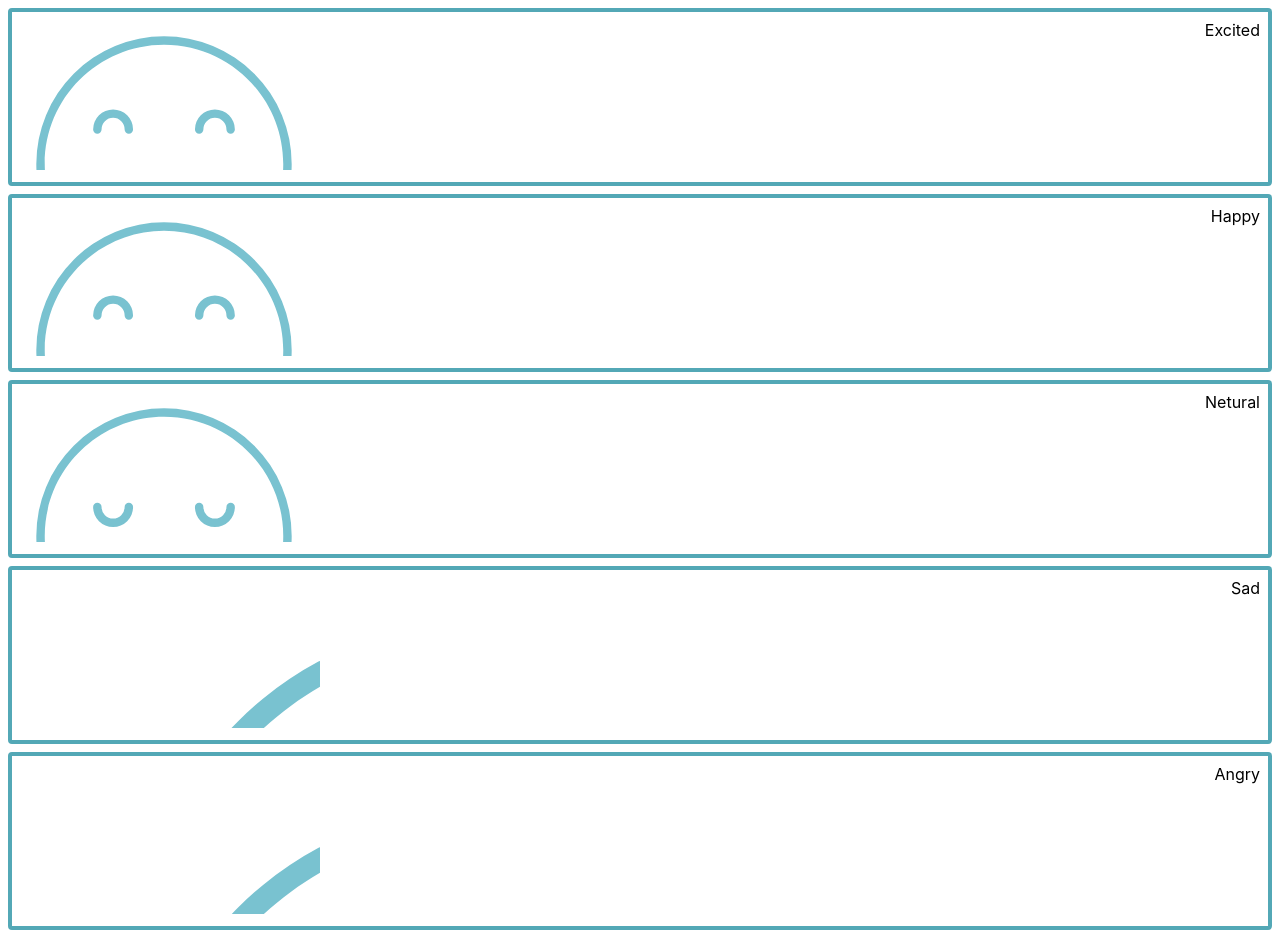
Repository: majakesin/moodify-app
Page: /
The author's editor kept a copy of each file at every save. The page is drawn from the files as they stood at one save, then again after the next save.
The browser window is 1280 px wide. The pictures show the whole page.
The project was rebuilt for these pictures with package versions that can differ from the ones it lists, and the page was loaded fresh each time.

Above is the page before, as saved 2023-08-21 11:59:48.

### public/index.html
<!DOCTYPE html>
<html lang="en">
  <head>
    <meta charset="utf-8" />
    <link rel="icon" href="%PUBLIC_URL%/logo.svg" />
    <meta name="viewport" content="width=device-width, initial-scale=1" />
    <meta name="theme-color" content="#000000" />
    <meta
      name="description"
      content="Moodify -- App that gives yours ears the best music based on your mood"
    />
    <link rel="apple-touch-icon" href="%PUBLIC_URL%/logo.svg" />
    <!--
      manifest.json provides metadata used when your web app is installed on a
      user's mobile device or desktop. See https://developers.google.com/web/fundamentals/web-app-manifest/
    -->
    <link rel="manifest" href="%PUBLIC_URL%/manifest.json" />
    <!--
      Notice the use of %PUBLIC_URL% in the tags above.
      It will be replaced with the URL of the `public` folder during the build.
      Only files inside the `public` folder can be referenced from the HTML.

      Unlike "/favicon.ico" or "favicon.ico", "%PUBLIC_URL%/favicon.ico" will
      work correctly both with client-side routing and a non-root public URL.
      Learn how to configure a non-root public URL by running `npm run build`.
    -->
    <title>Moodify</title>
  </head>
  <body>
    <noscript>You need to enable JavaScript to run this app.</noscript>
    <div id="root"></div>
    <!--
      This HTML file is a template.
      If you open it directly in the browser, you will see an empty page.

      You can add webfonts, meta tags, or analytics to this file.
      The build step will place the bundled scripts into the <body> tag.

      To begin the development, run `npm start` or `yarn start`.
      To create a production bundle, use `npm run build` or `yarn build`.
    -->
  </body>
</html>

### src/App.js
import './App.css';
import {moods}  from 'src/data/moods'
import Mood from './components/Mood';

function App() {
  return (
    <div className="App">
      {moods.map(({type,icon}) => {
        return (<Mood type={type} icon={icon} />)
      })}
    </div>
  );
}

export default App;

### src/data/moods.js
export const moods = [
    {
        type: 'Excited',
        icon: <svg id="SvgjsSvg1081" xmlns="http://www.w3.org/2000/svg" version="1.1" xmlnsXlink="http://www.w3.org/1999/xlink" xmlnsSvgjs="http://svgjs.com/svgjs">
                <defs id="SvgjsDefs1082"></defs>
                <g id="SvgjsG1083">
                    <svg xmlns="http://www.w3.org/2000/svg" data-name="Layer 1" viewBox="0 0 512 512" width="288" height="288">
                        <path fill="currentcolor" d="M416.51318,95.48682A226.99992,226.99992,0,1,0,95.48682,416.51318,226.99992,226.99992,0,1,0,416.51318,95.48682ZM256,468C139.103,468,44,372.897,44,256S139.103,44,256,44s212,95.103,212,212S372.897,468,256,468ZM137.5,202a7.50006,7.50006,0,0,0,7.5-7.5,20.5,20.5,0,0,1,41,0,7.5,7.5,0,0,0,15,0,35.5,35.5,0,0,0-71,0A7.50006,7.50006,0,0,0,137.5,202Zm181,0a7.50006,7.50006,0,0,0,7.5-7.5,20.5,20.5,0,0,1,41,0,7.5,7.5,0,0,0,15,0,35.5,35.5,0,0,0-71,0A7.50006,7.50006,0,0,0,318.5,202Zm69.95947,82.13037a7.49875,7.49875,0,0,0-7.27832-.356A284.51645,284.51645,0,0,1,257.5,313h-1.48a284.55042,284.55042,0,0,1-125.2002-29.2251A7.4999,7.4999,0,0,0,120,290.5a132.31839,132.31839,0,0,0,79.15625,121.32324A131.47888,131.47888,0,0,0,252.5,423h7a132.5854,132.5854,0,0,0,127.794-97.37988A133.06894,133.06894,0,0,0,392,290.5,7.5003,7.5003,0,0,0,388.45947,284.13037ZM259.5,408h-7a116.58888,116.58888,0,0,1-46.02222-9.36157C219.72205,391.8783,237.33752,388,256.002,388c18.66236,0,36.27466,3.87708,49.51734,10.63538A116.56076,116.56076,0,0,1,259.5,408Zm83.08691-34.41309a117.56809,117.56809,0,0,1-21.38024,16.93219C305.07166,379.48517,281.17847,373,256.002,373c-25.18383,0-49.0852,6.48932-65.22168,17.52966a116.81051,116.81051,0,0,1-46.07495-53.13611,299.90773,299.90773,0,0,0,111.31323,21.61036c.5044,0,1.01612-.00147,1.52051-.00391A300.023,300.023,0,0,0,367.2478,337.40454,117.86031,117.86031,0,0,1,342.58691,373.58691ZM373.6593,318.347A284.8703,284.8703,0,0,1,257.46094,344c-.49219.00293-.97412.00391-1.46387.00391a284.90227,284.90227,0,0,1-117.65942-25.65967,117.74477,117.74477,0,0,1-2.72388-15.77832A299.64178,299.64178,0,0,0,256.02,328h1.519a299.80874,299.80874,0,0,0,118.84668-25.43555A117.6884,117.6884,0,0,1,373.6593,318.347Z" class="color2c2b2d svgShape"></path>
                    </svg>
                </g>
             </svg>
    },
    {
        type: 'Happy',
        icon: <svg id="SvgjsSvg1102" xmlns="http://www.w3.org/2000/svg" version="1.1" xmlnsXlink="http://www.w3.org/1999/xlink" xmlnsSvgjs="http://svgjs.com/svgjs">
                <defs id="SvgjsDefs1103"></defs>
                <g id="SvgjsG1104">
                    <svg xmlns="http://www.w3.org/2000/svg" data-name="Layer 1" viewBox="0 0 512 512" width="288" height="288">
                        <path fill="currentcolor" d="M382.042,299.40674a7.496,7.496,0,0,0-9.21582,5.251A117.42927,117.42927,0,0,1,259.5,391h-7a117.41578,117.41578,0,0,1-113.32715-86.33447,7.49971,7.49971,0,1,0-14.46484,3.96875A132.417,132.417,0,0,0,252.5,406h7a132.58733,132.58733,0,0,0,127.793-97.37744A7.4999,7.4999,0,0,0,382.042,299.40674ZM416.51367,95.48682A227.00026,227.00026,0,0,0,95.48633,416.51318,227.00026,227.00026,0,0,0,416.51367,95.48682ZM256,468C139.10254,468,44,372.897,44,256S139.10254,44,256,44s212,95.103,212,212S372.89746,468,256,468ZM137.5,202a7.49974,7.49974,0,0,0,7.5-7.5,20.5,20.5,0,0,1,41,0,7.5,7.5,0,0,0,15,0,35.5,35.5,0,0,0-71,0A7.49974,7.49974,0,0,0,137.5,202Zm181,0a7.49974,7.49974,0,0,0,7.5-7.5,20.5,20.5,0,0,1,41,0,7.5,7.5,0,0,0,15,0,35.5,35.5,0,0,0-71,0A7.49974,7.49974,0,0,0,318.5,202Z" class="color2c2b2d svgShape"></path>
                    </svg>
                </g>
            </svg> ,
    },
    {
        type: 'Netural',
        icon: <svg id="SvgjsSvg1123" xmlns="http://www.w3.org/2000/svg" version="1.1" xmlnsXlink="http://www.w3.org/1999/xlink" xmlnsSvgjs="http://svgjs.com/svgjs">
                <defs id="SvgjsDefs1124"></defs>
                <g id="SvgjsG1125">
                    <svg xmlns="http://www.w3.org/2000/svg" data-name="Layer 1" viewBox="0 0 512 512" width="288" height="288">
                        <path fill="currentcolor" d="M201,204.5a7.5,7.5,0,0,0-15,0,20.5,20.5,0,0,1-41,0,7.5,7.5,0,0,0-15,0,35.5,35.5,0,0,0,71,0ZM374.5,197a7.50006,7.50006,0,0,0-7.5,7.5,20.5,20.5,0,0,1-41,0,7.5,7.5,0,0,0-15,0,35.5,35.5,0,0,0,71,0A7.50006,7.50006,0,0,0,374.5,197ZM416.51318,95.48682A226.99992,226.99992,0,1,0,95.48682,416.51318,226.99992,226.99992,0,1,0,416.51318,95.48682ZM256,468C139.103,468,44,372.897,44,256S139.103,44,256,44s212,95.103,212,212S372.897,468,256,468Zm90-123H166a7.5,7.5,0,0,0,0,15H346a7.5,7.5,0,0,0,0-15Z" class="color2c2b2d svgShape"></path>
                    </svg>
                </g>
            </svg>,
    },
    {
        type: 'Sad',
        icon: <svg id="SvgjsSvg1193" xmlns="http://www.w3.org/2000/svg" version="1.1" xmlnsXlink="http://www.w3.org/1999/xlink" xmlnsSvgjs="http://svgjs.com/svgjs">
                <defs id="SvgjsDefs1194"></defs>
                <g id="SvgjsG1195">
                    <svg xmlns="http://www.w3.org/2000/svg" data-name="Layer 1" viewBox="0 0 100 100">
                         <path fill="currentcolor" d="M165.5,230A35.54028,35.54028,0,0,0,201,194.5a7.5,7.5,0,0,0-15,0,20.5,20.5,0,0,1-41,0,7.5,7.5,0,0,0-15,0A35.54028,35.54028,0,0,0,165.5,230Zm209-43a7.50006,7.50006,0,0,0-7.5,7.5,20.5,20.5,0,0,1-41,0,7.5,7.5,0,0,0-15,0,35.5,35.5,0,0,0,71,0A7.50006,7.50006,0,0,0,374.5,187ZM353.19336,347.94678A132.16887,132.16887,0,0,0,259.5,309.14014h-7a131.47793,131.47793,0,0,0-53.34082,11.17529,133.55143,133.55143,0,0,0-62.24854,56.51221,7.50013,7.50013,0,0,0,13.07911,7.34472,118.4576,118.4576,0,0,1,55.21435-50.1289A116.57358,116.57358,0,0,1,252.5,324.14014h7a117.16738,117.16738,0,0,1,83.08691,34.41308,117.92616,117.92616,0,0,1,19.42432,25.62061,7.5,7.5,0,0,0,13.07715-7.34766A132.92018,132.92018,0,0,0,353.19336,347.94678Zm63.31982-252.46A226.99992,226.99992,0,1,0,95.48682,416.51318,226.99992,226.99992,0,1,0,416.51318,95.48682ZM256,468C139.103,468,44,372.897,44,256S139.103,44,256,44s212,95.103,212,212S372.897,468,256,468Z" class="color2c2b2d svgShape"></path>
                    </svg>
                </g>
            </svg>,
    },
    {
        type: 'Angry',
        icon: <svg id="SvgjsSvg1217" xmlns="http://www.w3.org/2000/svg" version="1.1" xmlnsXlink="http://www.w3.org/1999/xlink" xmlnSvgjs="http://svgjs.com/svgjs">
                <defs id="SvgjsDefs1218"></defs>
                     <g id="SvgjsG1219">
                        <svg xmlns="http://www.w3.org/2000/svg" data-name="Layer 1" viewBox="0 0 100 100" >
                            <path fill="currentcolor" d="M353.19336,347.94629A132.1737,132.1737,0,0,0,259.5,309.13965h-7a131.5101,131.5101,0,0,0-53.3418,11.17578,133.55212,133.55212,0,0,0-62.24707,56.51172,7.49995,7.49995,0,0,0,13.07813,7.3457A118.46814,118.46814,0,0,1,205.20313,334.043,116.60013,116.60013,0,0,1,252.5,324.13965h7a117.16506,117.16506,0,0,1,83.08691,34.41406,117.92838,117.92838,0,0,1,19.42481,25.62012,7.49957,7.49957,0,1,0,13.07617-7.34766A132.91978,132.91978,0,0,0,353.19336,347.94629ZM416.51367,95.48682A227.00044,227.00044,0,0,0,95.48633,416.51367,227.00044,227.00044,0,0,0,416.51367,95.48682ZM256,468C139.10254,468,44,372.89746,44,256,44,139.103,139.10254,44,256,44s212,95.103,212,212C468,372.89746,372.89746,468,256,468ZM175.12207,188.29736c.96533.53955,1.88086,1.10938,2.769,1.69336a27.02454,27.02454,0,1,0,28.58863,9.52246,62.7776,62.7776,0,0,0-24.04029-24.31005c-27.82519-15.55176-56.1748-2.73292-59.31445-1.21973a7.49994,7.49994,0,1,0,6.50977,13.51367C132.05762,186.33057,153.91113,176.44189,175.12207,188.29736ZM185.12012,204a12,12,0,1,1-12,12A12.01344,12.01344,0,0,1,185.12012,204ZM388.875,173.9834c-3.1416-1.51367-31.49121-14.33447-59.31348,1.21924a62.778,62.778,0,0,0-24.04126,24.31054,26.989,26.989,0,1,0,28.58887-9.52234c.88843-.58435,1.804-1.15429,2.76978-1.694,21.21191-11.85743,43.06347-1.96631,45.48632-.79981A7.49994,7.49994,0,1,0,388.875,173.9834ZM338.87988,216a12,12,0,1,1-12-12A12.01343,12.01343,0,0,1,338.87988,216Z" class="color2c2b2d svgShape"></path>
                        </svg>
                    </g>
            </svg>
    }
]

### src/components/Mood/index.jsx
import styles from './index.module.css';

const Mood = (props) => {

    const {type, icon} = props;

    return (
        <div className={styles.card}>
          <div className={styles.icon}>
            {icon}
          </div>
          <div>
            {type}
        </div>
        </div>
    )
};

export default Mood;

### src/components/Mood/index.module.css

@import '../../styles/variables.css';

.card {
    border: 4px solid var(--second-color);
    border-radius: 4px;
    margin: 8px;
    padding: 8px;
    display: flex;
    justify-content: space-between;
}

.icon {
    color: var(--third-color);
}

.icon svg  {
    width: 100%;
    height: auto;
}

### src/styles/variables.css
:root,
    :root.blue {
        --first-color: #5585b5;
        --second-color: #53a8b6;
        --third-color: #79c2d0;
        --fourth-color: #bbe4e9;
    }
    :root.rainbow {
        --first-color: #cbf078;
        --second-color: #f8f398;
        --third-color: #f1b963;
        --fourth-color: #e46161;
    }
    :root.pink {
        --first-color: #45171d;
        --second-color: #e84a5f;
        --third-color: #ff847c;
        --fourth-color: #fecea8;

    }

Loaded but not shown: src/index.js (common file); src/index.css (common file); src/reportWebVitals.js (common file); src/App.css (common file)

After the next save:
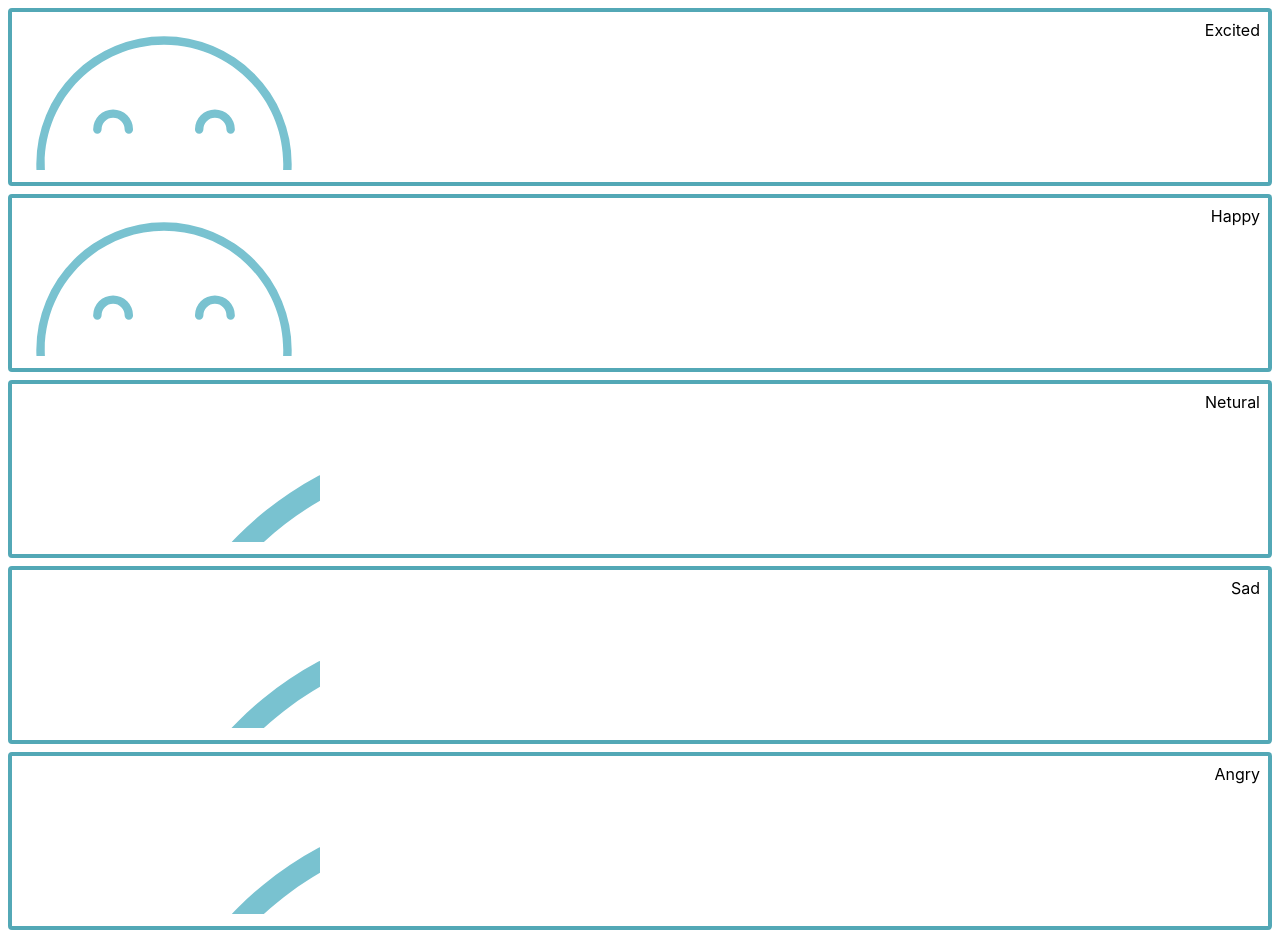
Saved 10 s later.
--- a/src/data/moods.js
+++ b/src/data/moods.js
@@ -26,7 +26,7 @@ export const moods = [
         icon: <svg id="SvgjsSvg1123" xmlns="http://www.w3.org/2000/svg" version="1.1" xmlnsXlink="http://www.w3.org/1999/xlink" xmlnsSvgjs="http://svgjs.com/svgjs">
                 <defs id="SvgjsDefs1124"></defs>
                 <g id="SvgjsG1125">
-                    <svg xmlns="http://www.w3.org/2000/svg" data-name="Layer 1" viewBox="0 0 512 512" width="288" height="288">
+                    <svg xmlns="http://www.w3.org/2000/svg" data-name="Layer 1" viewBox="0 0 100 100" >
                         <path fill="currentcolor" d="M201,204.5a7.5,7.5,0,0,0-15,0,20.5,20.5,0,0,1-41,0,7.5,7.5,0,0,0-15,0,35.5,35.5,0,0,0,71,0ZM374.5,197a7.50006,7.50006,0,0,0-7.5,7.5,20.5,20.5,0,0,1-41,0,7.5,7.5,0,0,0-15,0,35.5,35.5,0,0,0,71,0A7.50006,7.50006,0,0,0,374.5,197ZM416.51318,95.48682A226.99992,226.99992,0,1,0,95.48682,416.51318,226.99992,226.99992,0,1,0,416.51318,95.48682ZM256,468C139.103,468,44,372.897,44,256S139.103,44,256,44s212,95.103,212,212S372.897,468,256,468Zm90-123H166a7.5,7.5,0,0,0,0,15H346a7.5,7.5,0,0,0,0-15Z" class="color2c2b2d svgShape"></path>
                     </svg>
                 </g>
